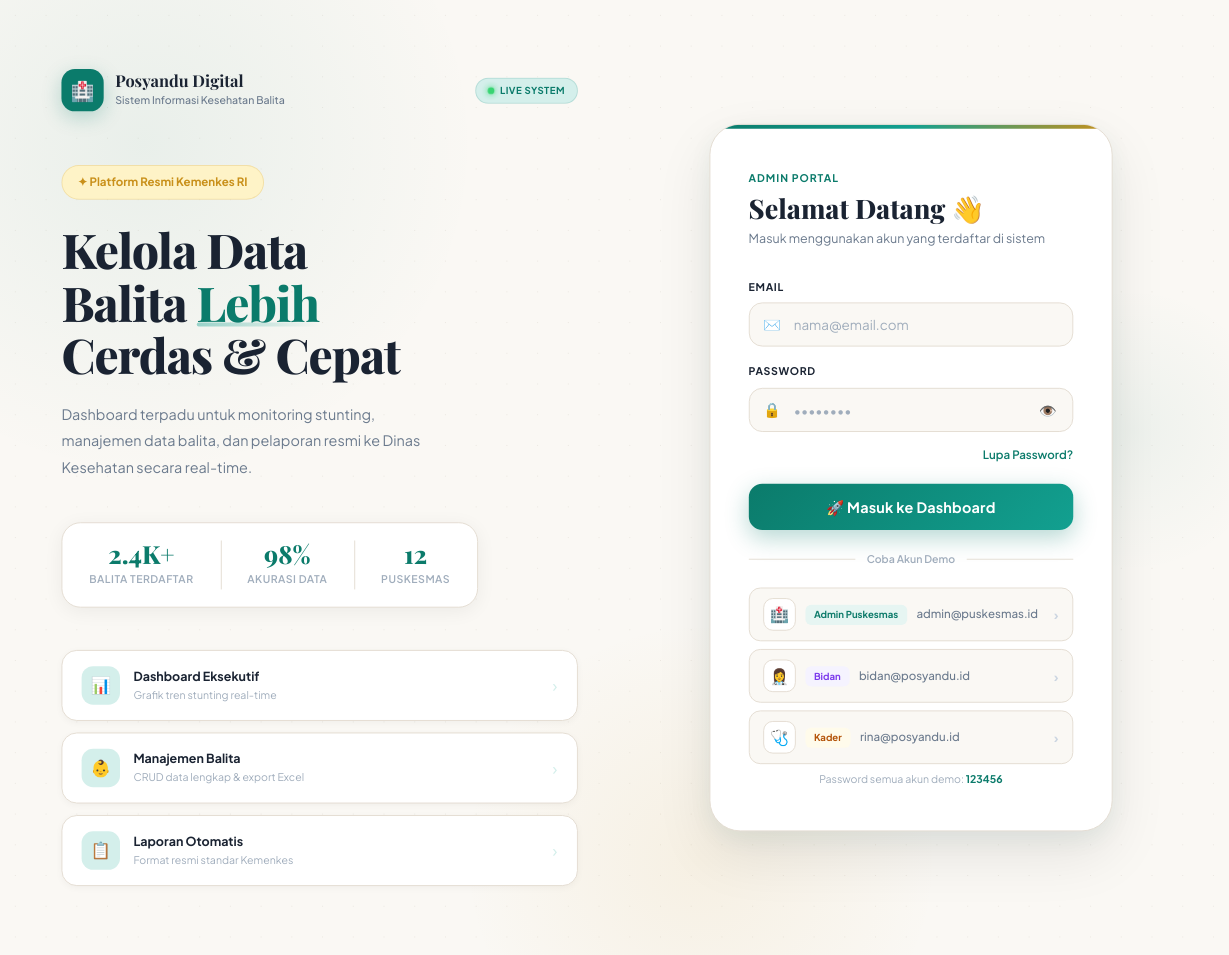
Repository: RiskyXfebriansyah/project_pui
Page: /
These files come from the project's save history. The page is drawn as it stood at one moment and after the next save; the edit follows.
The browser window is 1280 px wide. The pictures show the whole page, at 96% of full size.
The project was rebuilt for these pictures with package versions that can differ from the ones it lists, and the page was loaded fresh each time. Also part of the build but not shown: vite.config.js, src/utils/helpers.js, src/components/ui/Components.jsx, src/data/dummyData.js, src/pages/DashboardPage.jsx, src/pages/BalitaPage.jsx, src/pages/LaporanPage.jsx, src/pages/JadwalPage.jsx and 3 more.

Above is the page before, as saved 2026-03-03 08:11:53.

### index.html
<!doctype html>
<html lang="en">
  <head>
    <meta charset="UTF-8" />
    <link rel="icon" type="image/svg+xml" href="/vite.svg" />
    <meta name="viewport" content="width=device-width, initial-scale=1.0" />
    <title>posyandu_web</title>
  </head>
  <body>
    <div id="root"></div>
    <script type="module" src="/src/main.jsx"></script>
  </body>
</html>

### src/index.css
/* RESET DASAR */
* {
  margin: 0;
  padding: 0;
  box-sizing: border-box;
}

/* ROOT FULL HEIGHT */
html,
body,
#root {
  height: 100%;
  width: 100%;
}

/* BODY NORMAL (TIDAK CENTER) */
body {
  font-family: system-ui, Avenir, Helvetica, Arial, sans-serif;
  background-color: #f5f6fa;
  line-height: 1.5;
}

/* LINK */
a {
  text-decoration: none;
  color: inherit;
}

/* BUTTON OPTIONAL CLEAN STYLE */
button {
  cursor: pointer;
  font-family: inherit;
}

### src/pages/LoginPage.jsx
// ============================================================
//  LoginPage — LIGHT ELEGANT VERSION
//  Palette: Soft Ivory + Teal Green + Warm Gold
//  Clean editorial layout with subtle organic shapes
// ============================================================

import React, { useState } from 'react';

const DEMO_ACCOUNTS = [
  { label:'Admin Puskesmas', email:'admin@puskesmas.id', color:'#0D7B6A', bg:'#E6F5F2', icon:'🏥' },
  { label:'Bidan',           email:'bidan@posyandu.id',  color:'#7C3AED', bg:'#F5F3FF', icon:'👩‍⚕️' },
  { label:'Kader',           email:'rina@posyandu.id',   color:'#B45309', bg:'#FFFBEB', icon:'🩺' },
];

const styles = `
  @import url('https://fonts.googleapis.com/css2?family=Playfair+Display:wght@600;700;800&family=Plus+Jakarta+Sans:wght@400;500;600;700&display=swap');

  *, *::before, *::after { box-sizing: border-box; margin: 0; padding: 0; }

  :root {
    --ivory: #FAF8F4;
    --ivory2: #F3EFE7;
    --teal: #0B7B6B;
    --teal-light: #12A090;
    --teal-pale: #D4EFEB;
    --gold: #C9901A;
    --gold-pale: #FEF3C7;
    --text: #1A2332;
    --text-muted: #6B7A8D;
    --text-faint: #A0ADBC;
    --white: #FFFFFF;
    --border: #E4DDD3;
    --shadow: rgba(11,123,107,0.12);
  }

  body { background: var(--ivory); }

  .lr-root {
    min-height: 100vh;
    display: flex;
    font-family: 'Plus Jakarta Sans', sans-serif;
    background: var(--ivory);
    position: relative;
    overflow: hidden;
  }

  /* Decorative background shapes */
  .bg-circle {
    position: absolute;
    border-radius: 50%;
    pointer-events: none;
  }
  .bg-c1 {
    width: 700px; height: 700px;
    background: radial-gradient(circle, rgba(11,123,107,0.07) 0%, transparent 70%);
    top: -200px; left: -200px;
  }
  .bg-c2 {
    width: 500px; height: 500px;
    background: radial-gradient(circle, rgba(201,144,26,0.08) 0%, transparent 70%);
    bottom: -150px; right: 300px;
  }
  .bg-c3 {
    width: 300px; height: 300px;
    background: radial-gradient(circle, rgba(11,123,107,0.05) 0%, transparent 70%);
    top: 30%; right: -50px;
  }

  /* Decorative dots grid */
  .dots-grid {
    position: absolute;
    top: 0; left: 0; right: 0; bottom: 0;
    background-image: radial-gradient(circle, #cfc9be 1px, transparent 1px);
    background-size: 32px 32px;
    opacity: 0.35;
    pointer-events: none;
  }

  /* LEFT PANEL */
  .left-panel {
    width: 52%;
    display: flex;
    flex-direction: column;
    justify-content: center;
    padding: 72px 64px;
    position: relative;
    z-index: 2;
  }

  .brand-row {
    display: flex;
    align-items: center;
    gap: 12px;
    margin-bottom: 56px;
  }
  .brand-icon {
    width: 44px; height: 44px;
    background: var(--teal);
    border-radius: 14px;
    display: flex; align-items: center; justify-content: center;
    font-size: 20px;
    box-shadow: 0 6px 20px rgba(11,123,107,0.25);
  }
  .brand-text-name {
    font-family: 'Playfair Display', serif;
    font-weight: 700;
    font-size: 17px;
    color: var(--text);
    line-height: 1;
  }
  .brand-text-sub {
    font-size: 11px;
    color: var(--text-muted);
    font-weight: 500;
    margin-top: 3px;
  }
  .brand-badge-pill {
    margin-left: auto;
    background: var(--teal-pale);
    color: var(--teal);
    font-size: 10px;
    font-weight: 700;
    padding: 5px 12px;
    border-radius: 100px;
    letter-spacing: 0.5px;
    text-transform: uppercase;
    border: 1px solid rgba(11,123,107,0.15);
  }

  .live-dot {
    display: inline-block;
    width: 7px; height: 7px;
    background: #2ED36B;
    border-radius: 50%;
    margin-right: 6px;
    animation: blink 2s infinite;
    vertical-align: middle;
  }
  @keyframes blink {
    0%, 100% { opacity: 1; box-shadow: 0 0 6px #2ED36B; }
    50% { opacity: 0.5; box-shadow: 0 0 12px #2ED36B; }
  }

  .hero-tag {
    display: inline-flex;
    align-items: center;
    gap: 8px;
    background: var(--gold-pale);
    color: var(--gold);
    font-size: 12px;
    font-weight: 700;
    padding: 8px 16px;
    border-radius: 100px;
    border: 1px solid rgba(201,144,26,0.2);
    margin-bottom: 24px;
    width: fit-content;
  }

  .hero-title {
    font-family: 'Playfair Display', serif;
    font-size: 50px;
    font-weight: 800;
    color: var(--text);
    line-height: 1.1;
    margin-bottom: 20px;
    letter-spacing: -1px;
  }
  .hero-title em {
    font-style: normal;
    color: var(--teal);
    position: relative;
    display: inline-block;
  }
  .hero-title em::after {
    content: '';
    position: absolute;
    bottom: 2px; left: 0; right: 0;
    height: 4px;
    background: linear-gradient(90deg, var(--teal-light), transparent);
    border-radius: 2px;
    opacity: 0.4;
  }

  .hero-desc {
    color: var(--text-muted);
    font-size: 15px;
    line-height: 1.85;
    margin-bottom: 44px;
    max-width: 400px;
  }

  .stats-row {
    display: flex;
    gap: 0;
    margin-bottom: 44px;
    background: var(--white);
    border: 1.5px solid var(--border);
    border-radius: 20px;
    overflow: hidden;
    width: fit-content;
    box-shadow: 0 4px 20px rgba(0,0,0,0.06);
  }
  .stat-item {
    padding: 20px 28px;
    text-align: center;
    position: relative;
  }
  .stat-item + .stat-item::before {
    content: '';
    position: absolute; left: 0; top: 20%; bottom: 20%;
    width: 1px; background: var(--border);
  }
  .stat-num {
    font-family: 'Playfair Display', serif;
    font-size: 26px; font-weight: 800;
    color: var(--teal); line-height: 1;
    margin-bottom: 4px;
  }
  .stat-label { font-size: 11px; color: var(--text-faint); font-weight: 600; text-transform: uppercase; letter-spacing: 0.5px; }

  .features-col { display: flex; flex-direction: column; gap: 12px; }
  .feature-row {
    display: flex; align-items: center; gap: 14px;
    padding: 16px 20px;
    background: var(--white);
    border: 1.5px solid var(--border);
    border-radius: 16px;
    transition: all 0.25s ease;
    cursor: default;
    box-shadow: 0 2px 8px rgba(0,0,0,0.04);
  }
  .feature-row:hover {
    border-color: var(--teal);
    box-shadow: 0 6px 24px var(--shadow);
    transform: translateY(-1px);
  }
  .feature-ico {
    width: 40px; height: 40px;
    background: var(--teal-pale);
    border-radius: 12px;
    display: flex; align-items: center; justify-content: center;
    font-size: 17px; flex-shrink: 0;
  }
  .feature-name { font-size: 13px; font-weight: 700; color: var(--text); }
  .feature-desc { font-size: 11px; color: var(--text-faint); margin-top: 2px; }
  .feature-arrow { margin-left: auto; color: var(--teal-pale); font-size: 18px; transition: all 0.2s; }
  .feature-row:hover .feature-arrow { color: var(--teal); transform: translateX(3px); }

  /* RIGHT PANEL */
  .right-panel {
    flex: 1;
    display: flex;
    align-items: center;
    justify-content: center;
    padding: 40px 48px 40px 0;
    position: relative;
    z-index: 2;
  }

  .login-card {
    width: 100%;
    max-width: 420px;
    background: var(--white);
    border-radius: 32px;
    padding: 44px 40px;
    border: 1.5px solid var(--border);
    box-shadow: 0 24px 60px rgba(0,0,0,0.09), 0 8px 24px rgba(11,123,107,0.06);
    position: relative;
    overflow: hidden;
  }
  .card-top-accent {
    position: absolute; top: 0; left: 0; right: 0;
    height: 4px;
    background: linear-gradient(90deg, var(--teal), var(--teal-light), var(--gold));
    border-radius: 32px 32px 0 0;
  }

  .card-header { margin-bottom: 32px; padding-top: 4px; }
  .card-sup { font-size: 11px; font-weight: 700; color: var(--teal); text-transform: uppercase; letter-spacing: 1px; margin-bottom: 8px; }
  .card-title {
    font-family: 'Playfair Display', serif;
    font-size: 28px; font-weight: 800;
    color: var(--text); margin-bottom: 6px; line-height: 1.1;
  }
  .card-sub { font-size: 13px; color: var(--text-muted); }

  .field-group { margin-bottom: 18px; }
  .field-label {
    display: block;
    font-size: 11px; font-weight: 700;
    color: var(--text);
    text-transform: uppercase; letter-spacing: 0.7px;
    margin-bottom: 8px;
  }
  .input-wrap { position: relative; }
  .input-icon {
    position: absolute; left: 15px; top: 50%;
    transform: translateY(-50%); font-size: 15px; pointer-events: none;
    z-index: 1;
  }
  .text-input {
    width: 100%;
    padding: 13px 16px 13px 46px;
    border-radius: 14px;
    border: 1.5px solid var(--border);
    font-size: 14px;
    font-family: 'Plus Jakarta Sans', sans-serif;
    background: var(--ivory);
    color: var(--text);
    outline: none;
    transition: all 0.2s;
  }
  .text-input::placeholder { color: var(--text-faint); }
  .text-input:focus {
    border-color: var(--teal);
    background: var(--white);
    box-shadow: 0 0 0 4px rgba(11,123,107,0.08);
  }
  .pass-toggle {
    position: absolute; right: 13px; top: 50%;
    transform: translateY(-50%);
    background: none; border: none; cursor: pointer; font-size: 15px; padding: 4px;
  }

  .error-box {
    display: flex; align-items: center; gap: 8px;
    padding: 11px 14px;
    background: #FFF1F2;
    border: 1.5px solid #FECDD3;
    border-radius: 12px;
    color: #E11D48;
    font-size: 13px;
    margin-bottom: 14px;
  }

  .forgot-row { text-align: right; margin-bottom: 20px; margin-top: -8px; }
  .forgot-btn {
    background: none; border: none;
    color: var(--teal); font-size: 12px; font-weight: 600;
    cursor: pointer; font-family: 'Plus Jakarta Sans', sans-serif;
    transition: opacity 0.2s;
  }
  .forgot-btn:hover { opacity: 0.7; text-decoration: underline; }

  .submit-btn {
    width: 100%; padding: 14px;
    background: linear-gradient(135deg, var(--teal), var(--teal-light));
    color: #fff; border: none; border-radius: 14px;
    font-size: 15px; font-weight: 700;
    font-family: 'Plus Jakarta Sans', sans-serif;
    cursor: pointer;
    display: flex; align-items: center; justify-content: center; gap: 8px;
    box-shadow: 0 8px 24px rgba(11,123,107,0.3);
    transition: all 0.2s;
    letter-spacing: 0.2px;
  }
  .submit-btn:hover:not(:disabled) {
    transform: translateY(-2px);
    box-shadow: 0 14px 36px rgba(11,123,107,0.4);
  }
  .submit-btn:active:not(:disabled) { transform: translateY(0); }
  .submit-btn:disabled { opacity: 0.65; cursor: not-allowed; }

  .divider {
    display: flex; align-items: center; gap: 12px; margin: 22px 0;
  }
  .divider-line { flex: 1; height: 1px; background: var(--border); }
  .divider-text { font-size: 11px; font-weight: 600; color: var(--text-faint); white-space: nowrap; }

  .demo-item {
    display: flex; align-items: center; gap: 10px;
    padding: 10px 14px; border-radius: 12px; margin-bottom: 8px;
    cursor: pointer; transition: all 0.15s;
    border: 1.5px solid var(--border);
    background: var(--ivory);
  }
  .demo-item:hover { background: var(--teal-pale); border-color: var(--teal); }
  .demo-item.active { border-color: var(--teal); background: #E6F5F2; }
  .demo-icon {
    width: 34px; height: 34px; border-radius: 10px;
    display: flex; align-items: center; justify-content: center;
    font-size: 16px; flex-shrink: 0; background: var(--white);
    border: 1px solid var(--border);
  }
  .demo-label {
    padding: 3px 9px; border-radius: 6px;
    font-size: 10px; font-weight: 700; flex-shrink: 0;
  }
  .demo-email { flex: 1; font-size: 12px; color: var(--text-muted); font-weight: 500; }
  .demo-hint { text-align: center; font-size: 11px; color: var(--text-faint); margin-top: 8px; }
  .demo-hint strong { color: var(--teal); }

  /* MODAL */
  .modal-overlay {
    position: fixed; inset: 0; z-index: 99999;
    background: rgba(26,35,50,0.5);
    backdrop-filter: blur(8px);
    display: flex; align-items: center; justify-content: center;
  }
  .modal-box {
    background: var(--white); border-radius: 28px;
    padding: 44px 36px; max-width: 390px; width: 90%;
    text-align: center;
    box-shadow: 0 40px 80px rgba(0,0,0,0.2);
    border: 1.5px solid var(--border);
    animation: modalIn 0.35s cubic-bezier(0.34,1.56,0.64,1);
  }
  @keyframes modalIn {
    from { opacity: 0; transform: scale(0.88) translateY(16px); }
    to { opacity: 1; transform: scale(1) translateY(0); }
  }
  .modal-icon {
    width: 76px; height: 76px; border-radius: 50%;
    background: linear-gradient(135deg, var(--teal-pale), #C7EDE8);
    border: 2.5px solid rgba(11,123,107,0.2);
    display: flex; align-items: center; justify-content: center;
    font-size: 34px; margin: 0 auto 20px;
  }
  .modal-title {
    font-family: 'Playfair Display', serif;
    font-size: 22px; font-weight: 800; color: var(--text); margin-bottom: 10px;
  }
  .modal-desc { font-size: 14px; color: var(--text-muted); line-height: 1.75; margin-bottom: 22px; }
  .modal-info {
    background: var(--ivory2);
    border: 1.5px solid var(--border);
    border-radius: 14px; padding: 16px 18px; margin-bottom: 24px;
    display: flex; align-items: flex-start; gap: 12px; text-align: left;
  }
  .modal-btn {
    width: 100%; padding: 13px;
    background: linear-gradient(135deg, var(--teal), var(--teal-light));
    color: #fff; border: none; border-radius: 12px;
    font-size: 14px; font-weight: 700; cursor: pointer;
    font-family: 'Plus Jakarta Sans', sans-serif;
    box-shadow: 0 6px 20px rgba(11,123,107,0.25);
    transition: all 0.2s;
  }
  .modal-btn:hover { transform: translateY(-1px); box-shadow: 0 10px 30px rgba(11,123,107,0.35); }
`;

export default function LoginPage({ onLogin, error: externalError }) {
  const [email, setEmail]       = useState('');
  const [password, setPassword] = useState('');
  const [showPass, setShowPass] = useState(false);
  const [isLoading, setLoading] = useState(false);
  const [error, setError]       = useState('');
  const [selectedDemo, setDemo] = useState(-1);
  const [showMobileWarning, setShowMobileWarning] = useState(false);

  function fillDemo(idx) {
    setDemo(idx);
    setEmail(DEMO_ACCOUNTS[idx].email);
    setPassword('123456');
    setError('');
    setShowMobileWarning(false);
  }

  async function handleLogin(e) {
    e.preventDefault();
    if (!email || !password) { setError('Isi email dan password terlebih dahulu'); return; }
    setLoading(true);
    setError('');
    setShowMobileWarning(false);
    const result = await onLogin(email, password);
    setLoading(false);
    if (!result || result.ok === false) {
      if (result?.role === 'orang_tua') { setShowMobileWarning(true); }
      else { setError('Email atau password tidak sesuai'); }
      return;
    }
    if (result.ok && result.role === 'orang_tua') {
      localStorage.removeItem('posyandu_user');
      setShowMobileWarning(true);
    }
  }

  return (
    <>
      <style>{styles}</style>
      <div className="lr-root">
        {/* Backgrounds */}
        <div className="dots-grid" />
        <div className="bg-circle bg-c1" />
        <div className="bg-circle bg-c2" />
        <div className="bg-circle bg-c3" />

        {/* Mobile Warning Modal */}
        {showMobileWarning && (
          <div className="modal-overlay">
            <div className="modal-box">
              <div className="modal-icon">📱</div>
              <div className="modal-title">Akun Orang Tua</div>
              <p className="modal-desc">
                Akun <strong style={{color:'var(--teal)'}}>{email}</strong> adalah akun <strong>Orang Tua</strong>.
                Halaman ini khusus untuk <strong>Tenaga Medis & Admin</strong>.
              </p>
              <div className="modal-info">
                <span style={{fontSize:22, flexShrink:0}}>📲</span>
                <div>
                  <div style={{fontWeight:700, fontSize:13, color:'var(--teal)', marginBottom:4}}>
                    Gunakan Aplikasi Mobile
                  </div>
                  <div style={{fontSize:12, color:'var(--text-muted)', lineHeight:1.6}}>
                    Unduh <strong>Posyandu Digital</strong> di Play Store atau App Store
                    untuk memantau perkembangan anak Anda.
                  </div>
                </div>
              </div>
              <button className="modal-btn" onClick={() => setShowMobileWarning(false)}>
                Mengerti
              </button>
            </div>
          </div>
        )}

        {/* ── LEFT PANEL ── */}
        <div className="left-panel">
          <div className="brand-row">
            <div className="brand-icon">🏥</div>
            <div>
              <div className="brand-text-name">Posyandu Digital</div>
              <div className="brand-text-sub">Sistem Informasi Kesehatan Balita</div>
            </div>
            <div className="brand-badge-pill">
              <span className="live-dot" />
              Live System
            </div>
          </div>

          <div className="hero-tag">
            ✦ Platform Resmi Kemenkes RI
          </div>

          <h1 className="hero-title">
            Kelola Data<br/>
            Balita <em>Lebih</em><br/>
            Cerdas & Cepat
          </h1>

          <p className="hero-desc">
            Dashboard terpadu untuk monitoring stunting, manajemen data balita,
            dan pelaporan resmi ke Dinas Kesehatan secara real-time.
          </p>

          <div className="stats-row">
            {[
              { num: '2.4K+', label: 'Balita Terdaftar' },
              { num: '98%',   label: 'Akurasi Data' },
              { num: '12',    label: 'Puskesmas' },
            ].map(({ num, label }) => (
              <div key={label} className="stat-item">
                <div className="stat-num">{num}</div>
                <div className="stat-label">{label}</div>
              </div>
            ))}
          </div>

          <div className="features-col">
            {[
              ['📊', 'Dashboard Eksekutif', 'Grafik tren stunting real-time'],
              ['👶', 'Manajemen Balita',    'CRUD data lengkap & export Excel'],
              ['📋', 'Laporan Otomatis',    'Format resmi standar Kemenkes'],
            ].map(([icon, name, desc]) => (
              <div key={name} className="feature-row">
                <div className="feature-ico">{icon}</div>
                <div>
                  <div className="feature-name">{name}</div>
                  <div className="feature-desc">{desc}</div>
                </div>
                <div className="feature-arrow">›</div>
              </div>
            ))}
          </div>
        </div>

        {/* ── RIGHT PANEL ── */}
        <div className="right-panel">
          <div className="login-card">
            <div className="card-top-accent" />

            <div className="card-header">
              <div className="card-sup">Admin Portal</div>
              <h2 className="card-title">Selamat Datang 👋</h2>
              <p className="card-sub">Masuk menggunakan akun yang terdaftar di sistem</p>
            </div>

            <form onSubmit={handleLogin}>
              <div className="field-group">
                <label className="field-label">Email</label>
                <div className="input-wrap">
                  <span className="input-icon">✉️</span>
                  <input
                    type="email" value={email}
                    onChange={e => setEmail(e.target.value)}
                    placeholder="nama@email.com"
                    className="text-input"
                  />
                </div>
              </div>

              <div className="field-group">
                <label className="field-label">Password</label>
                <div className="input-wrap">
                  <span className="input-icon">🔒</span>
                  <input
                    type={showPass ? 'text' : 'password'}
                    value={password}
                    onChange={e => setPassword(e.target.value)}
                    placeholder="••••••••"
                    className="text-input"
                    style={{paddingRight: 44}}
                  />
                  <button type="button" className="pass-toggle" onClick={() => setShowPass(!showPass)}>
                    {showPass ? '🙈' : '👁️'}
                  </button>
                </div>
              </div>

              {(error || externalError) && (
                <div className="error-box">⚠️ {error || externalError}</div>
              )}

              <div className="forgot-row">
                <button type="button" className="forgot-btn">Lupa Password?</button>
              </div>

              <button type="submit" disabled={isLoading} className="submit-btn">
                {isLoading ? '⏳ Memproses...' : '🚀 Masuk ke Dashboard'}
              </button>
            </form>

            <div className="divider">
              <div className="divider-line" />
              <span className="divider-text">Coba Akun Demo</span>
              <div className="divider-line" />
            </div>

            {DEMO_ACCOUNTS.map((acc, i) => (
              <div
                key={i}
                onClick={() => fillDemo(i)}
                className={`demo-item${selectedDemo === i ? ' active' : ''}`}
              >
                <div className="demo-icon">{acc.icon}</div>
                <span className="demo-label" style={{ background: acc.bg, color: acc.color }}>
                  {acc.label}
                </span>
                <span className="demo-email">{acc.email}</span>
                <span style={{
                  fontSize: selectedDemo === i ? 18 : 14,
                  color: selectedDemo === i ? 'var(--teal)' : '#CBD5E1',
                  fontWeight: 700,
                }}>
                  {selectedDemo === i ? '✓' : '›'}
                </span>
              </div>
            ))}

            <p className="demo-hint">Password semua akun demo: <strong>123456</strong></p>
          </div>
        </div>
      </div>
    </>
  );
}

Loaded but not shown: src/main.jsx (common file); src/Services/api.js (139 lines, source omitted); src/hooks/useBalita.js (167 lines, source omitted); src/hooks/useAuth.js (124 lines, source omitted); src/hooks/usePengguna.js (86 lines, source omitted); src/hooks/useJadwal.js (58 lines, source omitted); src/App.jsx (138 lines, source omitted)

After the next save:
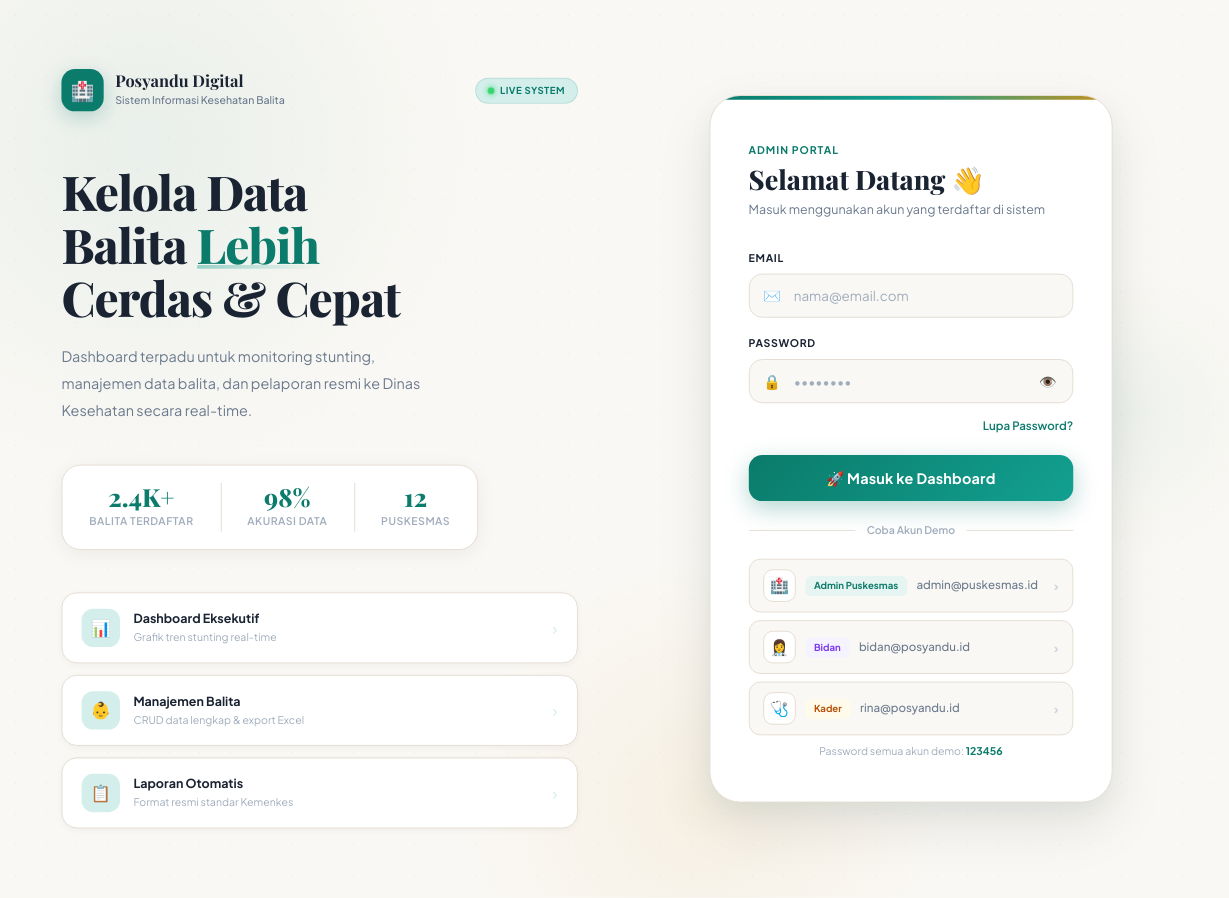
Saved 32 s later.
--- a/src/pages/LoginPage.jsx
+++ b/src/pages/LoginPage.jsx
@@ -528,9 +528,7 @@ export default function LoginPage({ onLogin, error: externalError }) {
             </div>
           </div>
 
-          <div className="hero-tag">
-            ✦ Platform Resmi Kemenkes RI
-          </div>
+
 
           <h1 className="hero-title">
             Kelola Data<br/>
